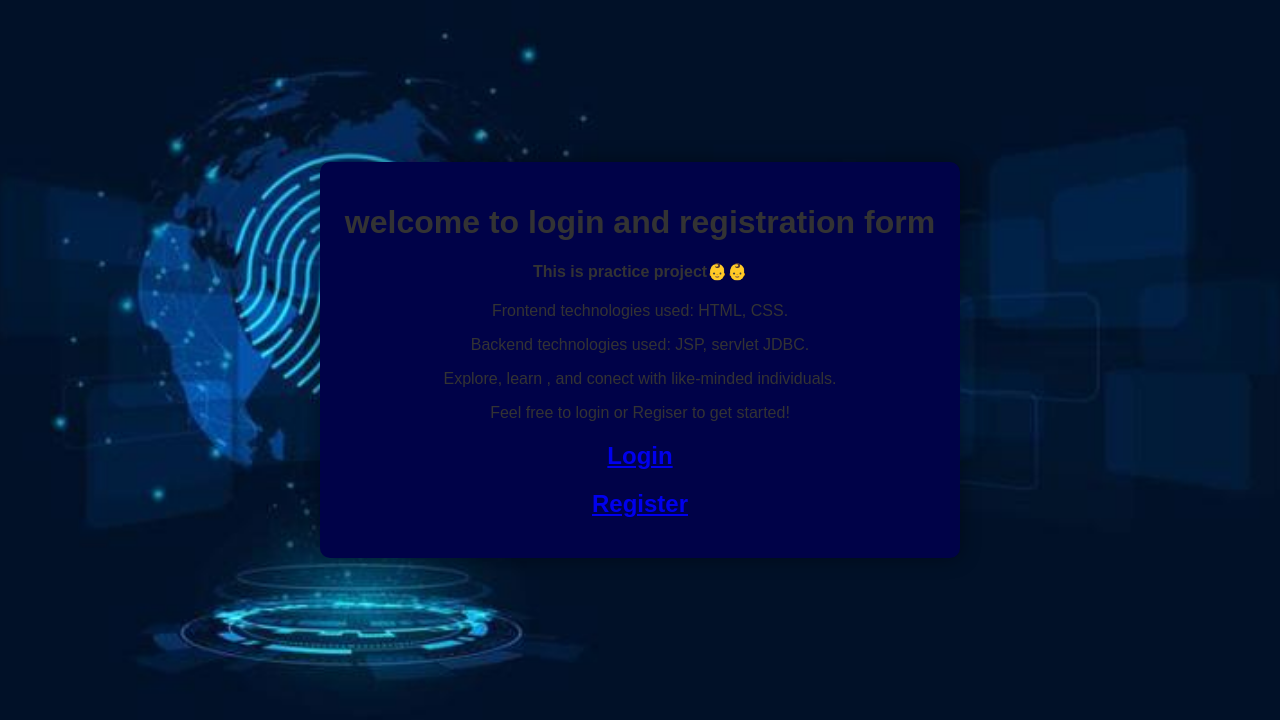
Repository: Rajivkumar2023/java-practice
Page: http://localhost/Login-Registration/
These files come from the project's save history. The page is drawn as it stood at one moment and after the next save; the edit follows.
The browser window is 1280 px wide. The pictures show the whole page.
The page is served by Tomcat 10. Other server files are loaded and not shown.

Above is the page before, as saved 2024-07-31 09:27:03.

### Login-Registration/src/main/webapp/index.html
<!DOCTYPE html>
<html>
<head>
<meta charset="UTF-8">
<title>Insert title here</title>
<link rel="stylesheet" type="text/css" href="index.css">
</head>
<body>
<div class="containter">
	<h1> welcome to login and registration form</h1>
	<h4><b>This is practice project👶👶</b></h4>
	<p>Frontend technologies used: HTML, CSS. </p>
	<P> Backend technologies used: JSP, servlet JDBC.</P>
	<P> Explore, learn , and conect with like-minded individuals.</P>
	<p> Feel free to login or Regiser to get started!</p>
	<div class="links">
		<a href="login.jsp"><h2>Login</h2></a>

		<a href="register.jsp"><h2>Register</h2></a>
	</div>
</div>
</body>
</html>

### Login-Registration/src/main/webapp/index.css
@charset "UTF-8";
body{
	align-items:center;
	background-color:#BEFD6C;
	font-family:'Arial', sans-sarif;
	justify-content:center;
	height:100vh;
	margin:0;
	background-color:#BEFD6C;
	background-image:url('background_img.jpg');
	background-size:cover;
	background-position:center center;
	background-repeat: no-repeat;
	color:#333;
	display:flex;
	flex-direction:column;
}
.containter{
	width:600px;
	padding:20px;
	border-radius:10px;
	box-shadow: 0 0 20px rgba(0,0,1,0.4);
	background-color:#000248;
	text-align:center;

}

After the next save:
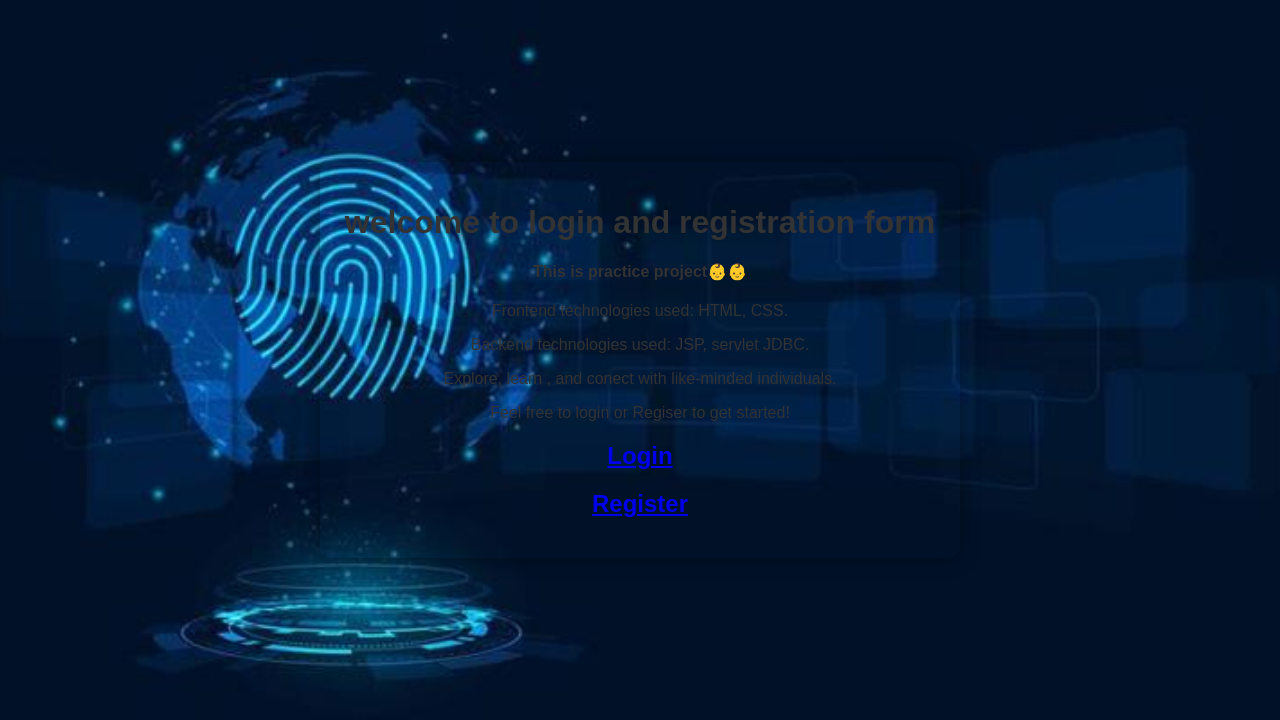
Saved 20 s later.
--- a/Login-Registration/src/main/webapp/index.css
+++ b/Login-Registration/src/main/webapp/index.css
@@ -20,7 +20,7 @@ body{
 	padding:20px;
 	border-radius:10px;
 	box-shadow: 0 0 20px rgba(0,0,1,0.4);
-	background-color:#000248;
+	background-color:dark;
 	text-align:center;
 
 }
